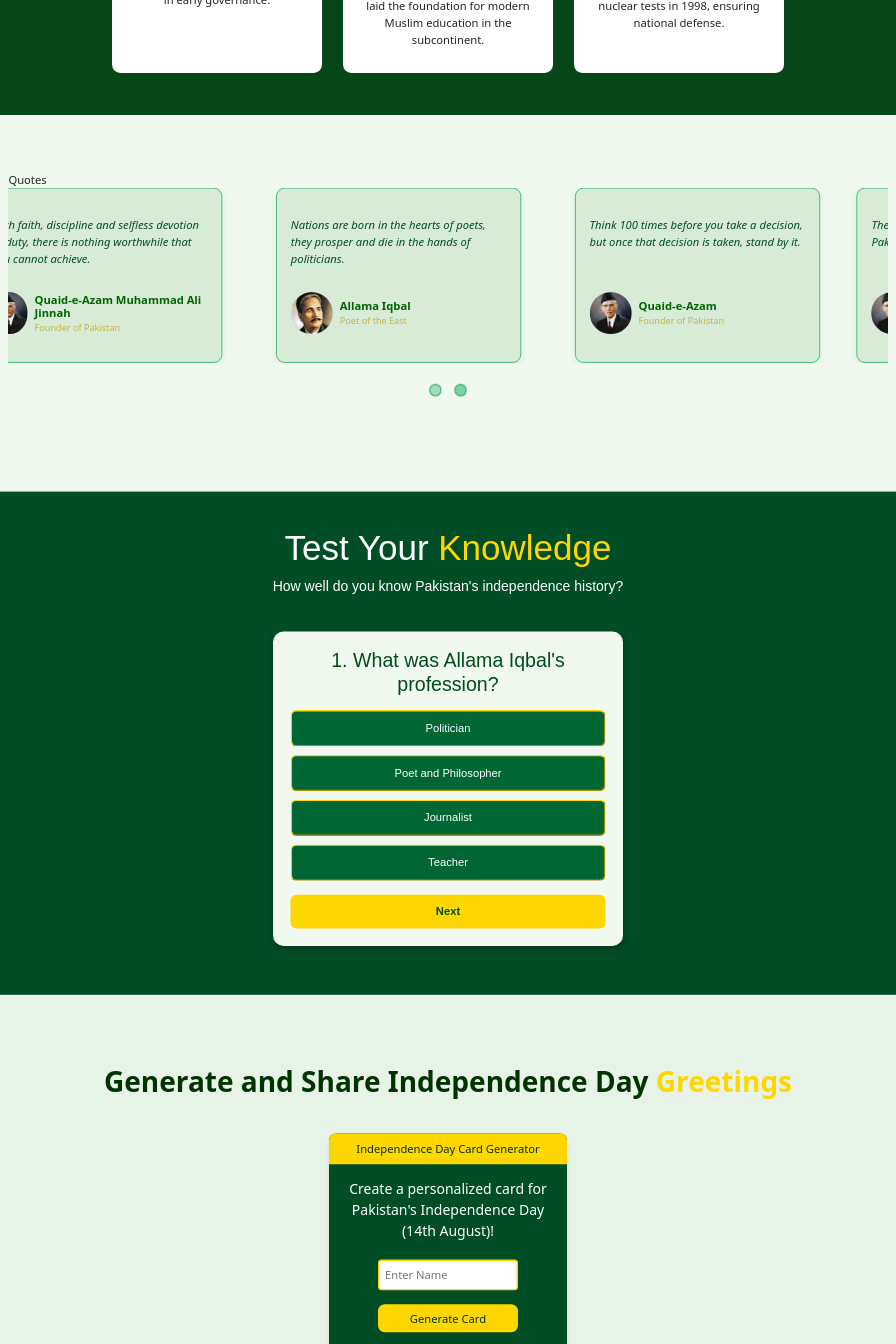
Repository: memonmuhammadali98/Pakistan-Independence-Day
Page: index.html
An editor plug-in stored every save of this project. The page is shown before and after the next save, followed by the edit.
The browser window is 1280 px wide. The pictures show the part of the page from y = 4066 to 5986 px (the page is 6268 px tall before and 6354 px after), at 70% of full size.

Above is the page before, as saved 2025-08-09 21:16:53.

After the next save:
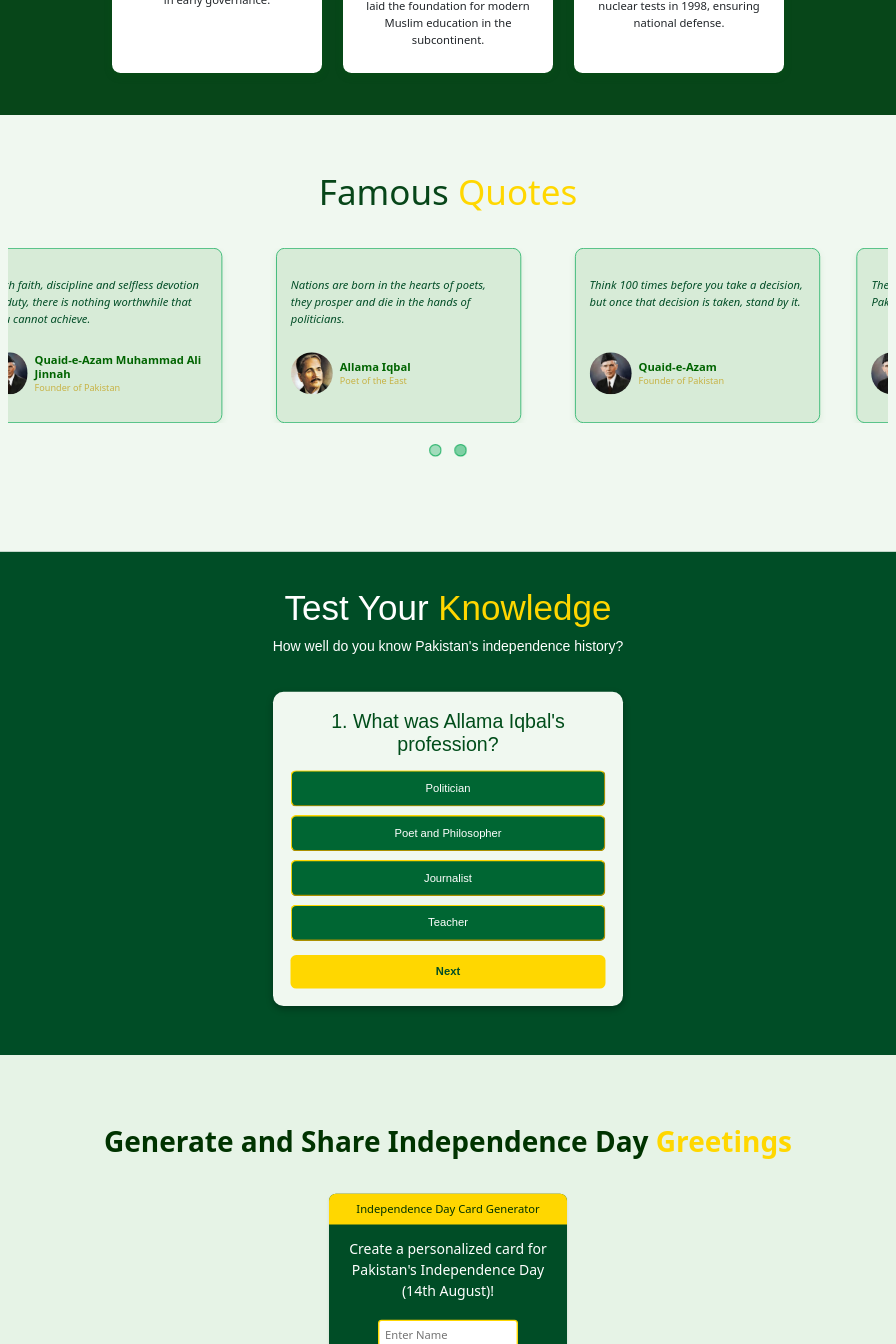
Saved 14 s later.
--- a/index.html
+++ b/index.html
@@ -208,7 +208,7 @@
 </section>
 
 <!-- Quote Section Starts -->
-   <div class="quote-section container-xxl" id=">
+   <div class="quote-section container-xxl" id="Quote">
       <h2>Famous <span style="color: gold;">Quotes</span></h2>
 
   <div id="testimonialCarousel" class="carousel slide" data-bs-ride="carousel">
